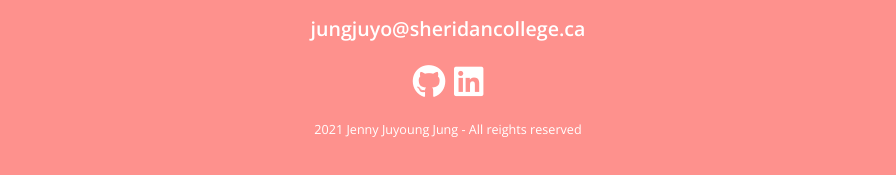
Repository: jennyjjung/portfolio.v0
Page: index.html
An editor plug-in stored every save of this project. The page is shown before and after the next save, followed by the edit.
The browser window is 1280 px wide. The pictures show the part of the page from y = 3976 to 5896 px (the page is 4226 px tall before and 5938 px after), at 70% of full size.
Some web libraries are served in a nearby version.

Above is the page before, as saved 2022-02-27 13:48:43.

### index.html
<!DOCTYPE html>
<html lang="en">

<head>
  <meta charset="UTF-8">
  <meta http-equiv="X-UA-Compatible" content="IE=edge">
  <meta name="viewport" content="width=device-width, initial-scale=1.0">
  <title>Jenny's Portfolio</title>
  <meta name="description" content="Portfolio for world-renowned software engineer Jenny">
  <meta nema="author" content="Jenny">
  <link rel="icon" type="image/png" href="imgs/favicon.png" />
  <script src="https://kit.fontawesome.com/3a426e8432.js" crossorigin="anonymous"></script>
  <link rel="preconnect" href="https://fonts.googleapis.com">
  <link rel="preconnect" href="https://fonts.gstatic.com" crossorigin>
  <link href="https://fonts.googleapis.com/css2?family=Open+Sans:wght@400;600;700&display=swap" rel="stylesheet">
  <link rel="stylesheet" href="style.css" />
  <script src="main.js" defer></script>
</head>

<body>
  <!-- Navbar -->
  <nav id="navbar">
    <div class="navbar__logo">
      <i class="fab fa-diaspora"></i>
      <a href="#">Jenny</a>
    </div>
    <div class="navbar__menu">
      <ul class="navbar__menu">
        <li class="navbar__menu__item active" data-link="#home">Home</li>
        <li class="navbar__menu__item" data-link="#about">About</li>
        <li class="navbar__menu__item" data-link="#skills">Skills</li>
        <li class="navbar__menu__item" data-link="#work">My Work</li>
        <li class="navbar__menu__item" data-link="#testimonials">Testimonial</li>
        <li class="navbar__menu__item" data-link="#contact">Contact</li>
      </ul>
    </div>

    <!-- Toggel button -->
    <button class="navbar__toggle-btn">
      <i class="fas fa-bars"></i>
    </button>



  </nav>

  <!-- Home -->
  <section id="home">
    <div class= "home__container">
      <img src="imgs/profile.png" alt="Jenny's profile photo" class="home__avartar">
      <h1 class="home__title">Hello, <br>I am a Dream Coder!</h1>
      <h2 class="home__description">A Software Engineer currently residing in Ontario, Canada.</h2>
      <button class="home__contact">Contact Me</button>
    </div>
  </section>

  <!-- About -->
  <section id="about" class="section section__container">
    <h1>About me</h1>
    <p>
      Lorem ipsum dolor sit amet, consectetur adipisicing elit. Reiciendis, sit ex eos deserunt suscipit nobis
      aspernatur iste laudantium quibusdam aut, error iusto porro ut fuga corporis quis expedita, odit beatae?
    </p>
    <div class="about__majors">
      <div class="major">
        <div class="major__icon">
          <i class="fab fa-css3-alt"></i>
        </div>
        <h2 class="major__title">Front-end</h2>
        <div class="major__description">HTML, CSS, JavaScript, TypeScript, <br>React, Vue, Web APIs</div>
      </div>
      <div class="major">
        <div class="major__icon">
          <i class="fas fa-mobile-alt"></i>
        </div>
        <h2 class="major__title">Mobile</h2>
        <div class="major__description">Android, iOS, React Native, Flutter<br>Java, Swift, Kotilin</div>
      </div>
      <div class="major">
        <div class="major__icon">
          <i class="fas fa-server"></i>
        </div>
        <h2 class="major__title">Back-end</h2>
        <div class="major__description">Java, JavaScript, Go, NodeJS<br>Rest APIs, GraphGL</div>
      </div>
    </div>
    <div class="about__org">
      <div class="org">
        <img src="imgs/Sheridan_College_Logo.png" alt="Sheridan College" class="org__logo">
        <div class="job__description">
          <p class="org__name">Sheridan College - System Development Software Engineering</p>
          <p class="org__period">2021 Jan - Until now</p>
        </div>
      </div>
    </div>
  </section>

  <!-- Skills -->
  <section id="skills" class="section">
    <div class="section__container">
      <h1>Skills</h1>
      <h2>Skills & Attributes</h2>
      <p>
        Experience with all phases of the software life-cycle. Passion for learning new technologies. Capable of working
        within a team environment and independently. Ability to plan and time scheedule, work under strict time pressure
        and adapt quickly when needed.
      </p>

      <div class="skillset">
        <div class="skillset__left">
          <h3 class="skillset_title">Skills</h3>
          <div class="skill">
            <div class="skill_description">
              <span>Java</span>
              <span>80%</span>
            </div>
            <div class="skill__bar">
              <div class="skill__value" style="width:80%;"></div>
            </div>
          </div>
          <div class="skill">
            <div class="skill_description">
              <span>HTML, CSS</span>
              <span>95%</span>
            </div>
            <div class="skill__bar">
              <div class="skill__value" style="width:90%;"></div>
            </div>
          </div>
          <div class="skill">
            <div class="skill_description">
              <span>JavaScripnt</span>
              <span>80%</span>
            </div>
            <div class="skill__bar">
              <div class="skill__value" style="width:80%;"></div>
            </div>
          </div>
          <div class="skill">
            <div class="skill_description">
              <span>PHP</span>
              <span>50%</span>
            </div>
            <div class="skill__bar">
              <div class="skill__value" style="width:50%;"></div>
            </div>
          </div>
        </div>

        <div class="skillset__right">
          <div class="tools">
            <h3 class="skillset_title">Tools</h3>
            <ul class="tools__list">
              <li><span>Eclipse, Netbeans, IntelliJ</span></li>
              <li><span>Visual Studio Code, Atom</span></li>
              <li><span>Azure Data Studio</span></li>
              <li><span>Visual Paradigm</span></li>
            </ul>
          </div>
          <div class="technologies">
            <h3 class="skillset_title">Technologies</h3>
            <ul class="tools__list">
              <li><span>Linux</span></li>
              <li><span>Web Development</span></li>
              <li><span>Git</span></li>
            </ul>
          </div>
        </div>
      </div>
    </div>
  </section>

  <!-- Work -->
  <section id="work" class="section">
    <div class="section__container">
      <h1>My work</h1>
      <h3>Projects</h3>
      <div class="work__categories">
        <button class="category__btn active">All <span class="category__count">8</span></button>
        <button class="category__btn">Fromt-end <span class="category__count">3</span></button>
        <button class="category__btn">Back-end <span class="category__count">3</span></button>
        <button class="category__btn">Mobile <span class="category__count">2</span></button>
      </div>

      <div class="work__projects">
        <a href="#" class="project" target="blank">
          <img class="project__img" src="imgs/projects/project1.png" alt="project1">
          <div class="project__description">
            <h3>Youtube Site</h3>
            <span>Clone coding with HTML and CSS</span>
          </div>
        </a>


        <a href="#" class="project" target="blank">
          <img class="project__img" src="imgs/projects/project2.png" alt="project2">
          <div class="project__description">
            <h3>project2</h3>
            <span>Clone coding with HTML and CSS</span>
          </div>
        </a>

        <a href="#" class="project" target="blank">
          <img class="project__img" src="imgs/projects/project3.png" alt="project3">
          <div class="project__description">
            <h3>project3</h3>
            <span>Clone coding with HTML and CSS</span>
          </div>
        </a>

        <a href="#" class="project" target="blank">
          <img class="project__img" src="imgs/projects/project4.png" alt="project4">
          <div class="project__description">
            <h3>project4</h3>
            <span>Clone coding with HTML and CSS</span>
          </div>
        </a>

        <a href="#" class="project" target="blank">
          <img class="project__img" src="imgs/projects/project5.png" alt="project5">
          <div class="project__description">
            <h3>project5</h3>
            <span>Clone coding with HTML and CSS</span>
          </div>
        </a>


        <a href="#" class="project" target="blank">
          <img class="project__img" src="imgs/projects/project6.png" alt="project6">
          <div class="project__description">
            <h3>project6</h3>
            <span>Clone coding with HTML and CSS</span>
          </div>
        </a>


        <a href="#" class="project" target="blank">
          <img class="project__img" src="imgs/projects/project7.png" alt="project7">
          <div class="project__description">
            <h3>project7</h3>
            <span>Clone coding with HTML and CSS</span>
          </div>
        </a>


        <a href="#" class="project" target="blank">
          <img class="project__img" src="imgs/projects/project8.png" alt="project8">
          <div class="project__description">
            <h3>project8</h3>
            <span>Clone coding with HTML and CSS</span>
          </div>
        </a>
      </div>
    </div>
  </section>

  <!-- Testimonials -->
  <section id="testimonials" class="section">
    <div class="section__container">
      <h1>Testimonials</h1>
      <h3>See what they say about me</h3>
      <div class="testimonials">
        <div class="testimonial">
          <img src="imgs/testimonial/bob.jpg" alt="People" class="testimonial__avatar">
          <div class="testimonial__speech-bubble">
            <p>Lorem ipsum dolor sit amet consectetur adipisicing elit. Laboriosam, labore rem? Totam, vitae. Explicabo accusantium fuga, blanditiis dicta placeat ducimus delectus incidunt atque illo debitis nemo exercitationem animi consequatur rerum.</p>
            <p class="name"><a href="#">Ellie </a>/ Samsung</p>
          </div>
        </div>
      </div>

      <div class="testimonials">
        <div class="testimonial">
          <div class="testimonial__speech-bubble">
            <p>Lorem ipsum dolor sit amet consectetur adipisicing elit. Laboriosam, labore rem? Totam, vitae. Explicabo accusantium fuga, blanditiis dicta placeat ducimus delectus incidunt atque illo debitis nemo exercitationem animi consequatur rerum.</p>
            <p class="name"><a href="#">Chris </a>/ Samsung</p>
          </div>
          <img src="imgs/testimonial/bob.jpg" alt="People" class="testimonial__avatar">
        </div>
      </div>
    </div>

  </section>

  <!-- Contact -->
  <section id="contact" class="section">
    <h1 class="contact__title">Let's talk</h1>
    <h2 class="contact__email">jungjuyo@sheridancollege.ca</h2>
    <div class="contact__links">
      <a href="https://github.com/jennyjjung" target="_blank">
        <i class="fa fa-github"></i>
      </a>
      <a href="https://www.linkedin.com/in/jennyjjung" target="_blank">
        <i class="fa fa-linkedin-square"></i>
      </a>
    </div>
    <p class="contact__rights">2021 Jenny Juyoung Jung - All reights reserved</p>
  </section>

  <!-- Arrow up-->

</body>

</html>

### style.css
/* Global */
:root {

  /* Color */
  --color-white: #ffffff;
  --color-light-white: #eeeeee;
  --color-dark-white: #bdbdbd;
  --color-pink: #fe918d;
  --color-dark-pink: #ff6863;
  --color-dark-grey: #4d4d4d;
  --color-grey: #616161;
  --color-light-grey: #7c7979;
  --color-blue: #73aace;
  --color-yellow: #fff7d1;
  --color-orange: #feb546;
  --color-black: #000000;

  /* Font weight */
  --weight-bold: 700;
  --weight-semi-bold: 600;
  --weight-regular: 400;

  /* Font Size */
  --font-large: 48px;
  --font-medium: 28px;
  --font-regular: 18px;
  --font-small: 16px;
  --font-micro: 14px;

  /* Size */
  --size-border-radius: 4px;

  /* Animation */
  --animation-duration: 300ms;
}

/* Universal tags */
* {
  box-sizing: border-box;
}

body {
  margin: 0;
  font-family: 'Open Sans', sans-serif;
  cursor: default;
}

a {
  text-decoration: none;
  color: var(--color-white);
}


ul {
  list-style: none;
  padding-left: 0;
}

li {
  list-style: none;
}

button {
  background-color: transparent;
  cursor: pointer;
  border: none;
  outline: none;
}

/* Typography */
h1 {
  font-size: var(--font-large);
  font-weight: var(--weight-bold);
  color: var(--color-black);
  margin: 16px 0px;
}

h2 {
  font-size: var(--font-medium);
  font-weight: var(--weight-semi-bold);
  color: var(--color-black);
  margin: 8px 0;
}

h3 {
  font-size: var(--font-regular);
  font-weight: var(--weight-regular);
  color: var(--color-black);
  margin: 8px 0;
}

p {
  font-size: var(--font-regular);
  font-weight: var(--weight-regular);
  color: var(--color-black);
  margin: 4px 0;
}

/* Navbar */
#navbar {
  position: fixed;
  width: 100%;
  display: flex;
  justify-content: space-between;
  background-color: transparent;
  align-items: center;
  color: var(--color-white);
  padding: 16px;
  transition: all var(--animation-duration) ease-in-out;
  z-index: 1;
}

#navbar.navbar--dark {
  background-color: var(--color-pink);
  padding: 5px;
}

.navbar__menu {
  display: flex;
}

.navbar__logo {
  font-size: var(--font-medium);
  font-weight: var(--weight-semi-bold);

}

.navbar__menu__item {
  padding: 8px 12px;
  margin: 0 4px;
  cursor: pointer;
  border-radius: var(--size-border-radius);
}

.navbar__menu__item.active {
  border: 1px solid var(--color-white);
}

.navbar__menu__item:hover {
  background-color: var(--color-dark-pink);
}

.navbar__toggle-btn {
  position: absolute;
  right: 32px;
  font-size: 24px;
  color: var(--color-white);
  top: 24px;
  display: none;
}

/* Home */
#home {
  background: url('imgs/homebackground.png') center/cover no-repeat;
  padding: 40px;
  padding-top: 120px;
  text-align: center;
}

.home__avartar {
  width: 250px;
  height: 250px;
  border-radius: 50%;
  border: 2px solid var(--color-light-white);
}

.home__title,
.home__description {
  color: var(--color-white);
}

.home__contact {
  color: var(--color-light-white);
  font-size: var(--font-regular);
  font-weight: var(--weight-bold);
  margin: 24px;
  padding: 8px 12px;
  border: 2px solid var(--color-light-white);
  border-radius: var(--size-border-radius);
}

/* Section common */
.section {
  padding: 50px;
  text-align: center;
  margin: auto;
}

.section__container {
  max-width: 1200px;
  margin: auto;
}

/* About */
.about__majors {
  display: flex;
  justify-content: space-between;
  margin: 80px 0;
}

.major__icon {
  width: 170px;
  height: 170px;
  line-height: 170px;
  font-size: 70px;
  margin: auto;
  color: var(--color-blue);
  border: 1px solid var(--color-blue);
  border-radius: 50%;
  margin-bottom: 16px;
}

.major__icon i {
  transition: all var(--animation-duration) ease;
}

.major__icon:hover i {
  color: var(--color-pink);
  transform: rotate(-30deg) scale(1.1);
}

.major__title,
.major__description {
  color: var(--color-dark-grey);
}

.major__description {
  font-size: var(--font-small);
}

.org {
  display: flex;
  align-items: center;
}

.org__description {
  margin: 0 16px;
  text-align: left;
}

.org__name,
.org__period {
  color: var(--color-light-grey);
}

.org__name {
  font-size: var(--font-small);
}

.org__period {
  font-size: var(--font-micro);
}

/* Skill */

#skills {
  background-color: var(--color-yellow);
}

.skillset {
  display: flex;
  background-color: var(--color-light-grey);
  color: var(--color-light-white);
  margin: 20px 0;
}

.skillset_title {
  color: var(--color-white);
}

.skillset__left {
  flex-basis: 60%;
  background-color: var(--color-dark-grey);
  padding: 20px 40px;
}

.skill {
  margin-bottom: 32px;
}

.skill_description {
  display: flex;
  justify-content: space-between;
}

.skill__bar {
  width: 100%;
  height: 3px;
  background-color: var(--color-grey);
}

.skill__value {
  height: 3px;
  background-color: var(--color-orange);
}

.skillset__right {
  flex-basis: 40%;
}

.tools {
  background-color: var(--color-grey);
}

.tools,
.technologies {
  padding: 20px;
}

/* Work */

.work__categories {
  margin: 40px;
}
.category__btn {
  border: 1px solid var(--color-dark-white);
  border-radius: var(--size-border-radius);
  font-size: var(--font-regular);
  padding: 8px 48px;
}

.category__btn.active,
.category__btn:hover {
  background-color: var(--color-pink);
  color: var(--color-white);
}

.category__btn.active .category__count,
.category__btn:hover .category__count {
  opacity: 1;
  top: 0;
}

.category__count {
  background-color: var(--color-orange);
  border-radius: 50%;
  color: var(--color-white);
  width: 24px;
  line-height: 24px;
  display: inline-block;
  position: relative;
  top: -20px;
  left: 4px;
  opacity: 0;
  transition: all var(--animation-duration);
}

.work__projects {
  display: flex;
  flex-wrap: wrap;
  justify-content: center;
}

.project {
  display: flex;
  justify-content: center;
  align-items: center;
  position: relative;
  width: 280px;
  height: 250px;
  margin: 2px;
  background-color: var(--color-light-white);
}

.project__img {
  max-width: 100%;
  max-height: 100%;
}

.project__description {
  display: flex;
  flex-direction: column;
  justify-content: center;
  background-color: black;;
  position: absolute;
  top: 0;
  left: 0;
  width: 100%;
  height: 100%;
  opacity: 0;
  transform: translateY(10px);
  transition: all var(--animation-duration) ease;
}

.project:hover .project__description {
  opacity: 0.8;
  transform: translateY(0px);
}

.project__description h3 {
  color: var(--color-white);
}

.project__description h3:after {
  content: '';
  width: 25px;
  height: 2px;
  background-color: var(--color-dark-white);
  display: block;
  position: relative;
  left: 50%;
  margin-left: -12px;
  margin-top: 8px;
}

/* Testimonials */

#testimonials {
  background-color: var(--color-light-white);
}

.testimonials {
  margin: 40px;
}

.testimonial {
  display: flex;
  margin: 32px 0;
}

.testimonial__avatar {
  width: 150px;
  height: 150px;
  border-radius: 50%;
}

.testimonial__avatar:nth-child(odd) {
  margin-right: 40px;
}

.testimonial__avatar:nth-child(even) {
  margin-left: 40px;
}


.testimonial__speech-bubble {
  padding: 18px;
  background-color: var(--color-white);
  border-radius: var(--size-border-radius);
}

.testimonial__speech-bubble p {
  color: var(--color-light-grey);
}

.testimonial__speech-bubble a {
  color: var(--color-pink);
}

/* Contact */

#contact {
  background-color: var(--color-pink);
}

.contact__title,
.contact__email,
.contact__rights {
  color: var(--color-white);
}

.contact__title {
  margin: 32px 0;
}

.contact__links {
  font-size: var(--font-large);
  margin: 24px 0;
  transition: all var(--animation-duration);
}

.contact__links i:hover {
  transform: scale(1.1);
  color: var(--color-light-grey);
}

/* For below 768px screen width */
@media screen and (max-width: 768px) {
  .navbar__toggle-btn {
    display: block;
  }

  #navbar {
    flex-direction: column;
    align-items: flex-start;
  }

  .navbar__menu {
    flex-direction: column;
    text-align: center;
    width: 100%;
    display: none;
  }

  .about__majors {
    flex-direction: column;
  }

  .major {
    margin-bottom: 38px;
  }

  .skillset {
    flex-direction: column;
  }

  .project {
    flex-grow: 1;
  }

  .testimonial__avatar {
    width: 80px;
    height: 80px;
  }
}

### main.js
'use strict';


// Make navbar transparent when it is on the top
const navbar = document.querySelector('#navbar');
const navbarHeight = navbar.getBoundingClientRect().height;

document.addEventListener('scroll', () => {
  // console.log(window.scrollY);
  // console.log(`navbarHeight: ${navbarHeight}`);

  if(window.scrollY > navbarHeight) {
    navbar.classList.add('navbar--dark');
  } else {
    navbar.classList.remove('navbar--dark');
  }
});


// Handle scrolling when tapping on the navbar menu
const navbarMenu = document.querySelector('.navbar__menu');
navbarMenu.addEventListener('click', (event) => {
  const target = event.target;
  const link = target.dataset.link;

  if (link == null) {
    return;
  }

  //console.log(event.target.dataset.link);
  scrollIntoView(link);
});


// Handle click on "contact me" button on home
const homeContactBtn = document.querySelector('.home__contact');

homeContactBtn.addEventListener('click', (event) => {
  scrollIntoView('#contact');
});

// Make home slowly fade to transparent as the window scrolls down
const home = document.querySelector('.home__container');
const homeHeight = home.getBoundingClientRect().height;
document.addEventListener('scroll', () => {
  //console.log(1 - window.scrollY / homeHeight);
  home.style.opacity = 1 - window.scrollY / homeHeight;
});

// extract method that is repeating
function scrollIntoView(selector) {
  const scrollTo = document.querySelector(selector);
  scrollTo.scrollIntoView({behavior: 'smooth'});
}

After the next save:
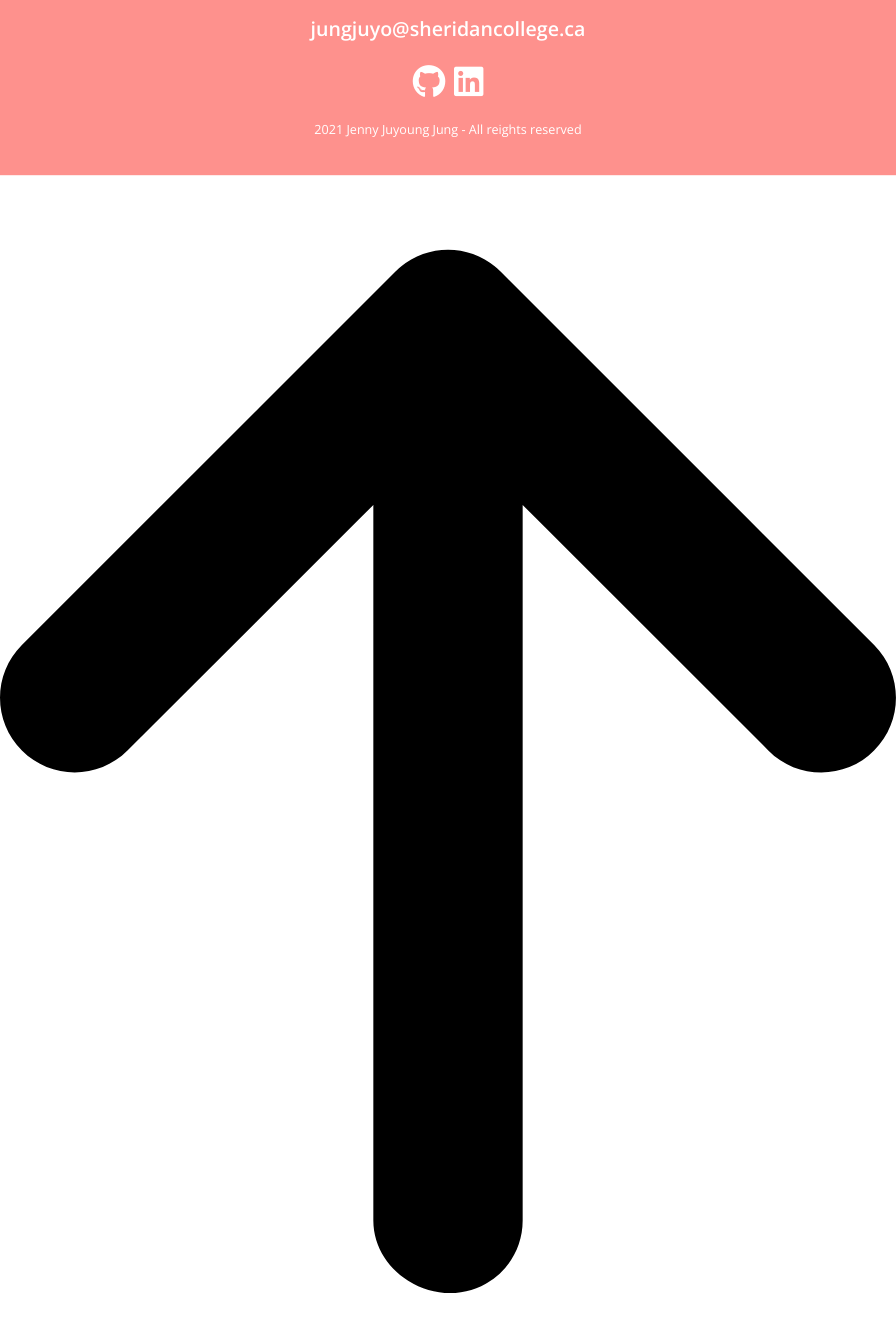
Saved 41 s later.
--- a/index.html
+++ b/index.html
@@ -298,7 +298,7 @@
   </section>
 
   <!-- Arrow up-->
-
+  <svg xmlns="http://www.w3.org/2000/svg" viewBox="0 0 384 512"><!--! Font Awesome Pro 6.0.0 by @fontawesome - https://fontawesome.com License - https://fontawesome.com/license (Commercial License) Copyright 2022 Fonticons, Inc. --><path d="M374.6 246.6C368.4 252.9 360.2 256 352 256s-16.38-3.125-22.62-9.375L224 141.3V448c0 17.69-14.33 31.1-31.1 31.1S160 465.7 160 448V141.3L54.63 246.6c-12.5 12.5-32.75 12.5-45.25 0s-12.5-32.75 0-45.25l160-160c12.5-12.5 32.75-12.5 45.25 0l160 160C387.1 213.9 387.1 234.1 374.6 246.6z"/></svg>
 </body>
 
 </html>

After the save that followed:
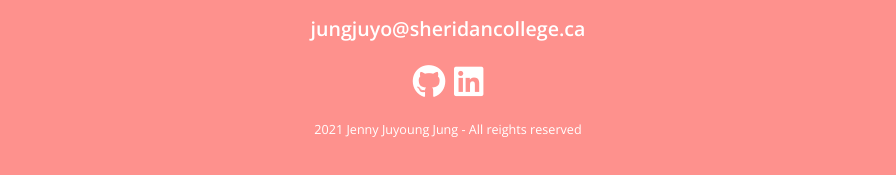
Saved 7 s later.
--- a/index.html
+++ b/index.html
@@ -298,7 +298,7 @@
   </section>
 
   <!-- Arrow up-->
-  <svg xmlns="http://www.w3.org/2000/svg" viewBox="0 0 384 512"><!--! Font Awesome Pro 6.0.0 by @fontawesome - https://fontawesome.com License - https://fontawesome.com/license (Commercial License) Copyright 2022 Fonticons, Inc. --><path d="M374.6 246.6C368.4 252.9 360.2 256 352 256s-16.38-3.125-22.62-9.375L224 141.3V448c0 17.69-14.33 31.1-31.1 31.1S160 465.7 160 448V141.3L54.63 246.6c-12.5 12.5-32.75 12.5-45.25 0s-12.5-32.75 0-45.25l160-160c12.5-12.5 32.75-12.5 45.25 0l160 160C387.1 213.9 387.1 234.1 374.6 246.6z"/></svg>
+
 </body>
 
 </html>
